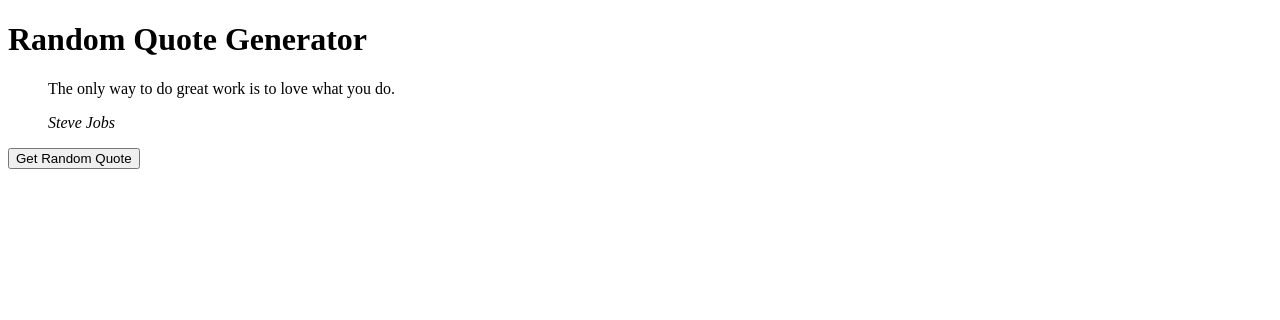
Repository: RiyaRoy05/RandomQuoteGenerator
Page: /
An editor plug-in stored every save of this project. The page is shown before and after the next save, followed by the edit.
The browser window is 1280 px wide. The pictures show the whole page.
The project was rebuilt for these pictures with package versions that can differ from the ones it lists, and the page was loaded fresh each time. Also part of the build but not shown: vite.config.js.

Above is the page before, as saved 2025-05-21 17:13:07.

### src/main.js
import { createApp } from 'vue'
import App from './App.vue'

if (import.meta.env.PROD) {
  if (typeof window.__VUE_DEVTOOLS_GLOBAL_HOOK__ !== 'undefined') {
    window.__VUE_DEVTOOLS_GLOBAL_HOOK__.Vue = null;
  }
}

createApp(App).mount('#app')

### src/App.vue
<script setup>
import RandomQuoteGenerator from './components/RandomQuoteGenerator .vue';
</script>


<template>
  <RandomQuoteGenerator />
</template>

### src/components/RandomQuoteGenerator .vue
<script setup>
import { ref, onMounted } from 'vue';

const quotes = ref([
  {
    text: "The only way to do great work is to love what you do.",
    author: "Steve Jobs",
  },
  {
    text: "Believe you can and you're halfway there.",
    author: "Theodore Roosevelt",
  },
  {
    text: "Life is what happens when you're busy making other plans.",
    author: "John Lennon",
  },
]);

const currentQuote = ref({text:"", author:""})

const getRandomQuote = () => {
    const randomInddex = Math.floor(Math.random() * quotes.value.length)
    currentQuote.value = quotes.value[randomInddex]
}

onMounted(getRandomQuote)

</script>

<template>
    <div class="quote-generator">
        <h1 class="app-title">Random Quote Generator</h1>
        <blockquote class="quote-conatiner">
        <p>{{ currentQuote.text }}</p>
        <cite>{{ currentQuote.author }}</cite>
        </blockquote>

        <button @click="getRandomQuote" class="quote-button">Get Random Quote</button>
    </div>
</template>

Loaded but not shown: index.html (common file)

After the next save:
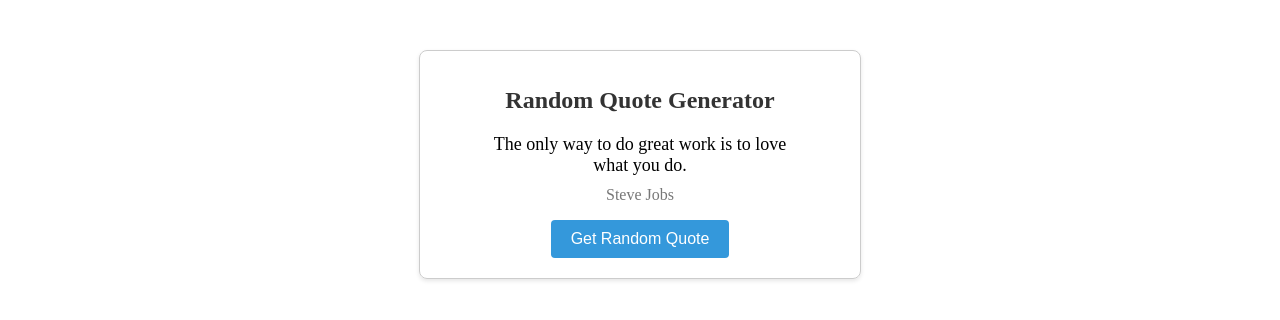
Saved 17 s later.
--- a/src/components/RandomQuoteGenerator .vue
+++ b/src/components/RandomQuoteGenerator .vue
@@ -38,3 +38,53 @@
         <button @click="getRandomQuote" class="quote-button">Get Random Quote</button>
     </div>
 </template>
+
+<style scoped>
+.quote-generator {
+  max-width: 400px;
+  margin: 50px auto;
+  padding: 20px;
+  text-align: center;
+  border: 1px solid #ccc;
+  border-radius: 8px;
+  box-shadow: 0 2px 4px rgba(0, 0, 0, 0.1);
+}
+
+.app-title {
+  font-size: 24px;
+  margin-bottom: 20px;
+  color: #333;
+}
+
+.quote-container {
+  background-color: #f9f9f9;
+  padding: 20px;
+  border-radius: 8px;
+  border: 1px solid #ddd;
+  margin-bottom: 20px;
+}
+
+p {
+  font-size: 18px;
+  margin-bottom: 10px;
+}
+
+cite {
+  font-style: normal;
+  color: #777;
+}
+
+.quote-button {
+  padding: 10px 20px;
+  font-size: 16px;
+  background-color: #3498db;
+  color: #fff;
+  border: none;
+  border-radius: 4px;
+  cursor: pointer;
+}
+
+.quote-button:hover {
+  background-color: #2980b9;
+}
+</style>
